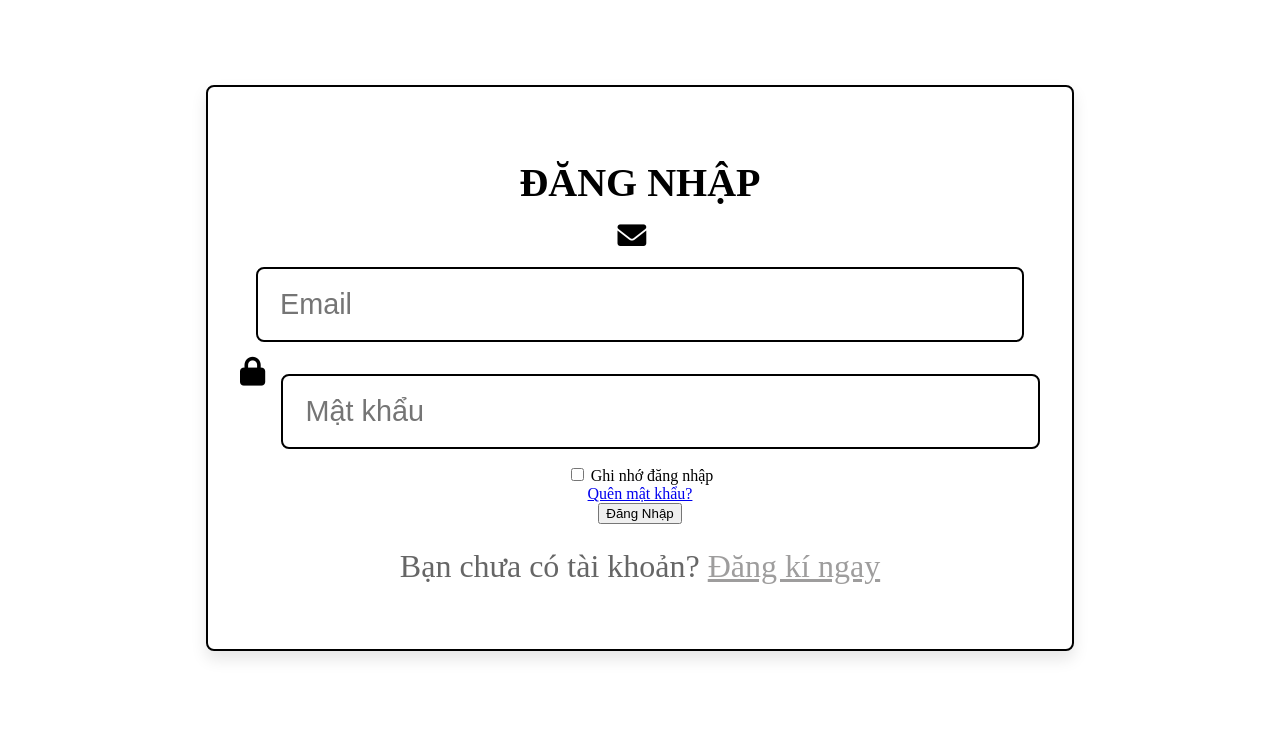
Repository: Dien973/expense_manager
Page: http://localhost/expense_manager/user_page/login.php
An editor plug-in stored every save of this project. The page is shown before and after the next save, followed by the edit.
The browser window is 1280 px wide. The pictures show the whole page.
The page is run by PHP 8.4 with error messages shown; the project is at /var/www/html/. user_page/conn.php is not in the repository; a stand-in opens the database connection.

Above is the page before, as saved 2025-12-05 13:46:45.

After the next save:
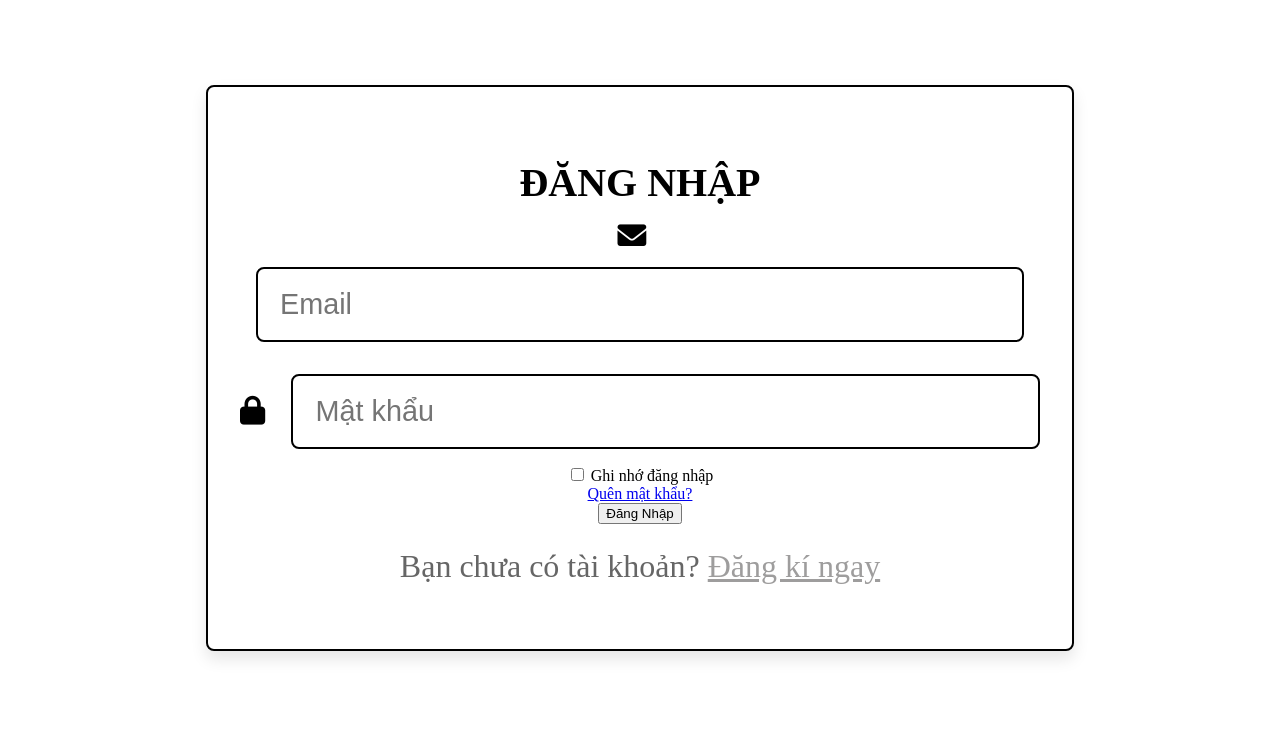
Saved 30 s later.
--- a/css/main.css
+++ b/css/main.css
@@ -24,6 +24,8 @@
 
 .form-container form .inpt {
   display: flex;
+  align-items: center; /* Căn chỉnh theo chiều dọc */
+  gap: 10px; /* Tạo khoảng cách giữa icon và input */
 }
 .form-container form .box {
   width: 90%;
